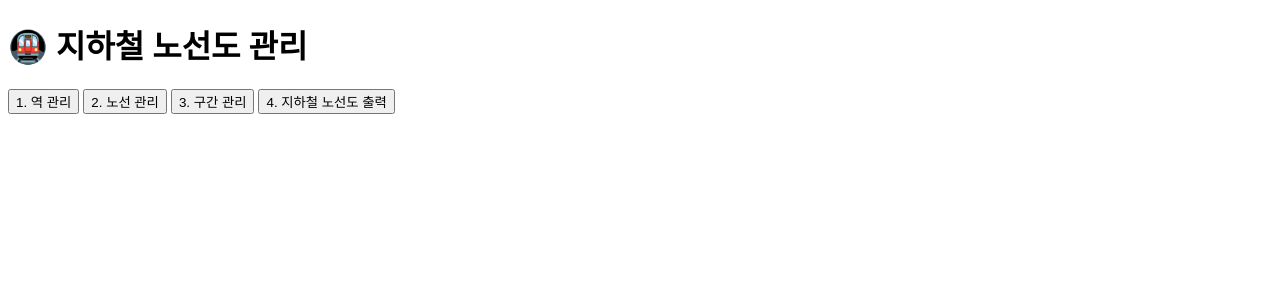
Repository: hwangstar156/javascript-subway-map-precourse
Page: index.html
An editor plug-in stored every save of this project. The page is shown before and after the next save, followed by the edit.
The browser window is 1280 px wide. The pictures show the whole page.

Above is the page before, as saved 2021-12-03 18:53:25.

After the next save:
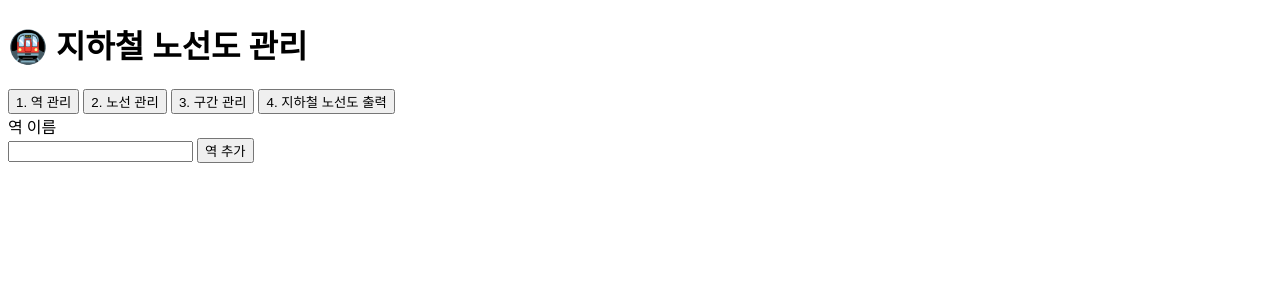
Saved 17 s later.
--- a/src/index.js
+++ b/src/index.js
@@ -1,7 +1,9 @@
 export default class Subway {
   constructor() {}
 
-  init = () => {};
+  init = () => {
+    this.renderSubwayNameInput();
+  };
 
   renderSubwayNameInput = () => {
     const template = this.createSubwayNameInputTemplate();
